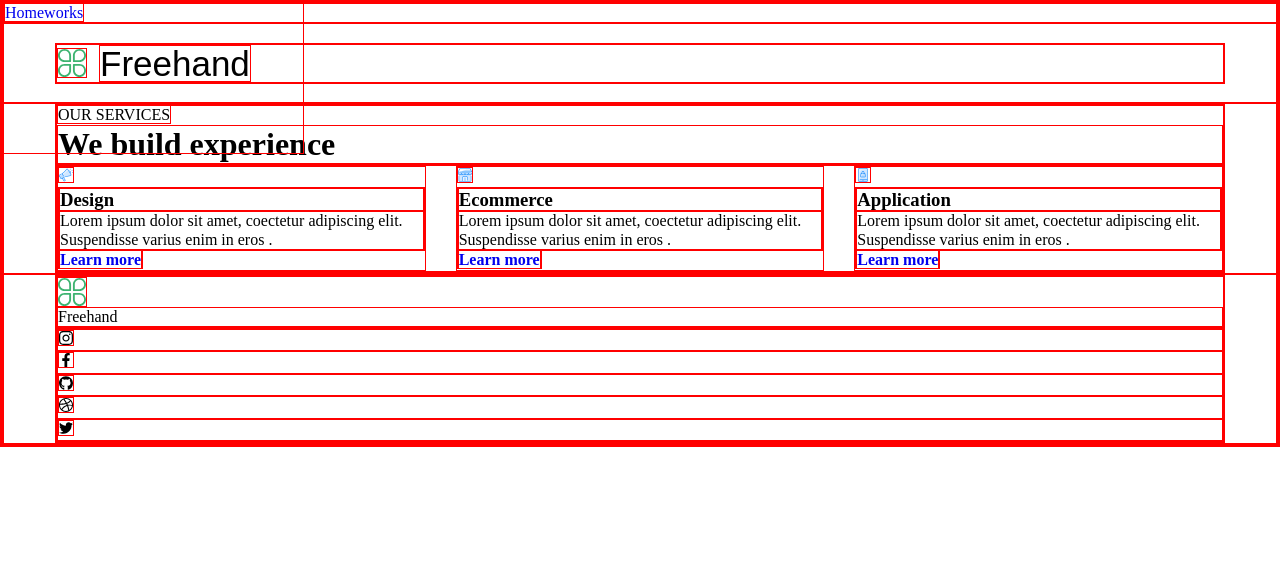
Repository: Tsiniavska/beetroot-test-project
Page: Homeworks/svg/index.html
An editor plug-in stored every save of this project. The page is shown before and after the next save, followed by the edit.
The browser window is 1280 px wide. The pictures show the whole page.
Some web fonts or font styles are not loaded; a fallback is used.

Above is the page before, as saved 2024-02-28 22:13:26.

After the next save:
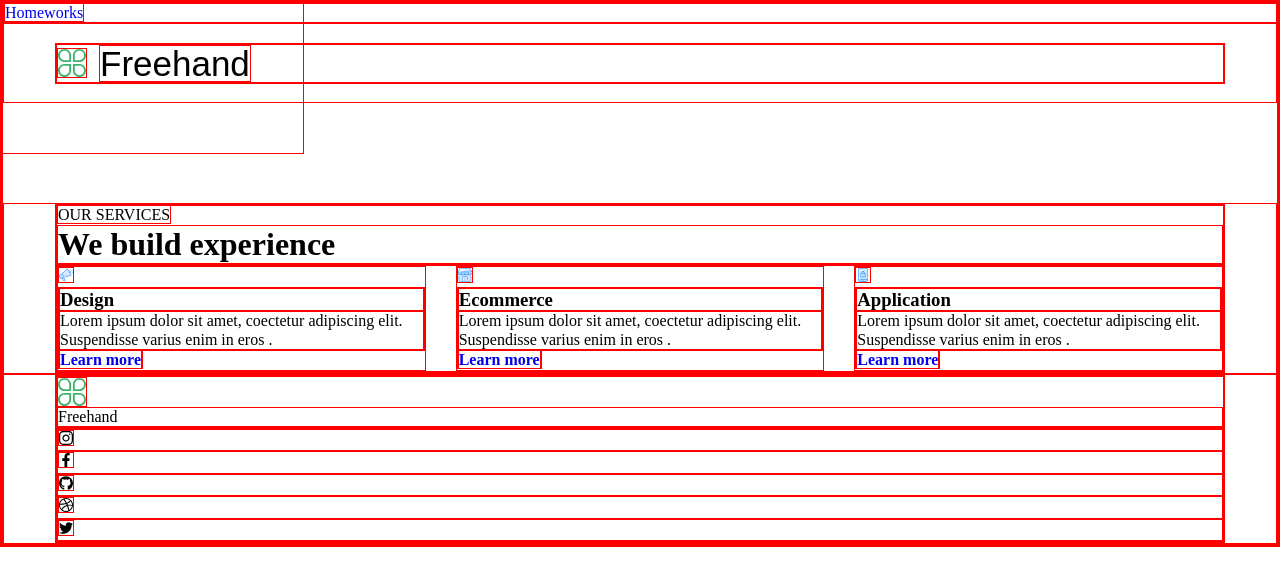
Saved 31 s later.
--- a/Homeworks/svg/index.css
+++ b/Homeworks/svg/index.css
@@ -34,6 +34,10 @@
 
 /* Content blocks */
 
+.content {
+  margin-top: 100px;
+}
+
 .content-blocks {
   display: flex;
   align-items: center;
